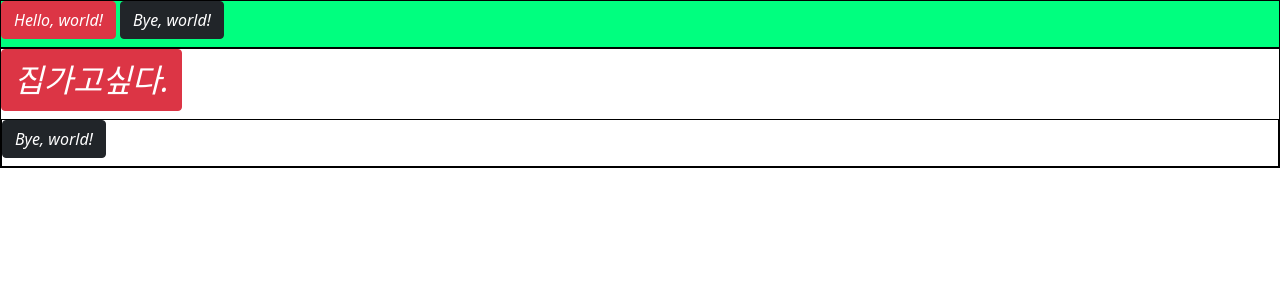
Repository: mobey3/JspProject
Page: http://localhost/JS_JSP/
These files come from the project's save history. The page is drawn as it stood at one moment and after the next save; the edit follows.
The browser window is 1280 px wide. The pictures show the whole page.
The page is served by Tomcat 9.

Above is the page before, as saved 2021-07-20 01:46:06.

After the next save:
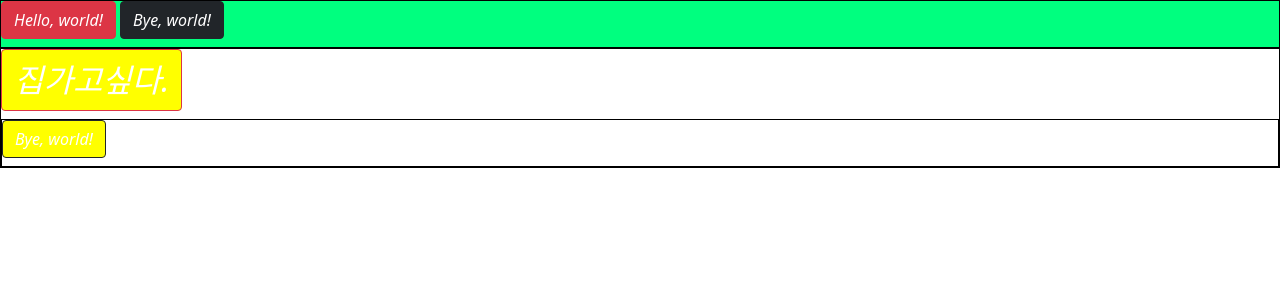
Saved 53 s later.
--- a/0720/JS_JSP/src/main/webapp/index.jsp
+++ b/0720/JS_JSP/src/main/webapp/index.jsp
@@ -13,10 +13,10 @@
     <title>Hello, world!</title>
     <style>
     	#Hello {
-    	color : red;
+    	color : red
     	}
     	#Bye {
-    	color : yellow;
+    	color : yellow
     	}
     	.btn{
     	font-style : italic
@@ -29,6 +29,10 @@
     	}
     	.lng>h1{
     	font-size: xx-large
+    	}
+    	.lng h1
+    	{
+    	background : yellow
     	}
 
 
